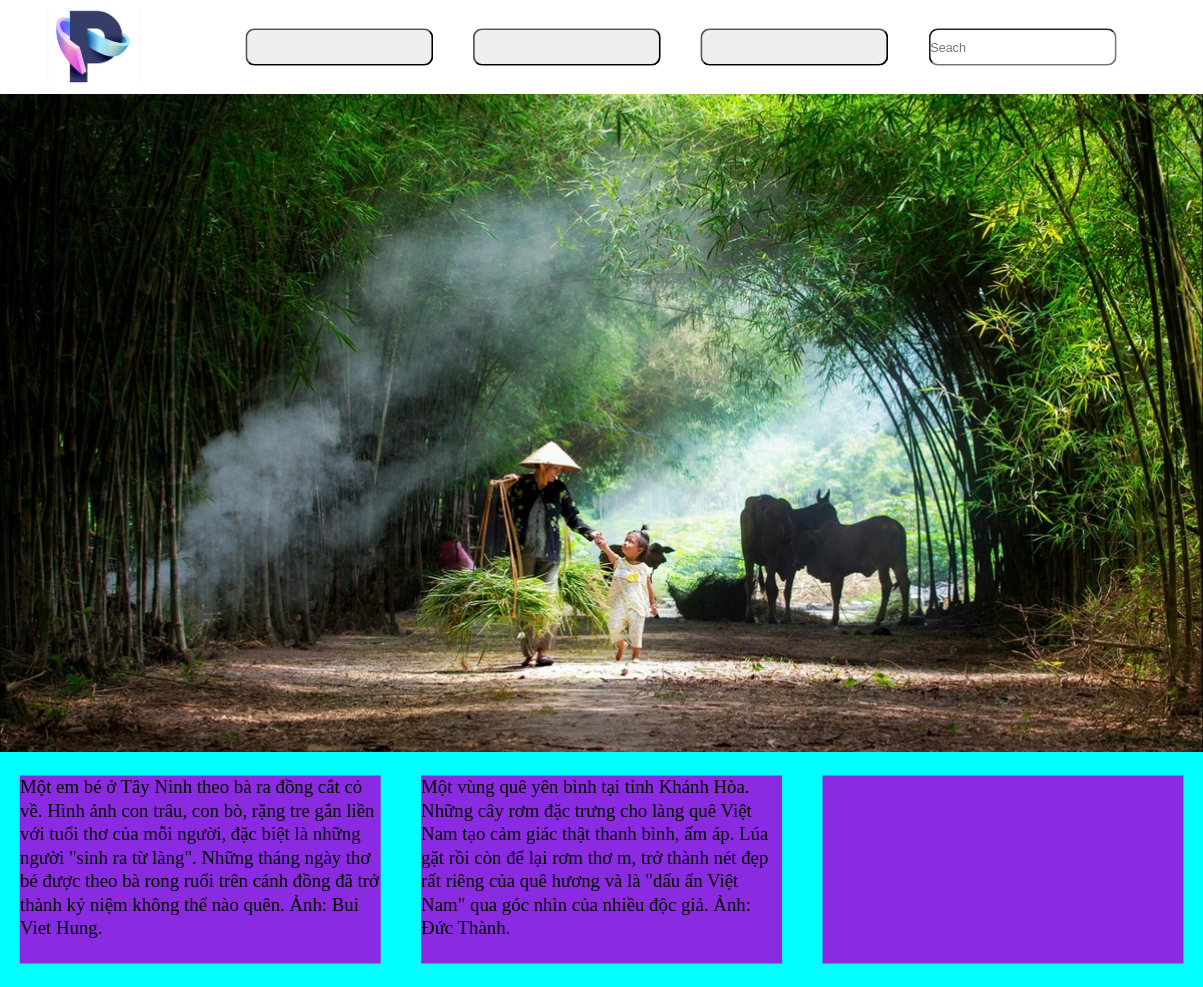
Repository: thinh909thinh/Thi
Page: index.html
An editor plug-in stored every save of this project. The page is shown before and after the next save, followed by the edit.
The browser window is 1280 px wide. The pictures show the whole page, at 94% of full size.

Above is the page before, as saved 2022-05-13 09:04:23.

After the next save:
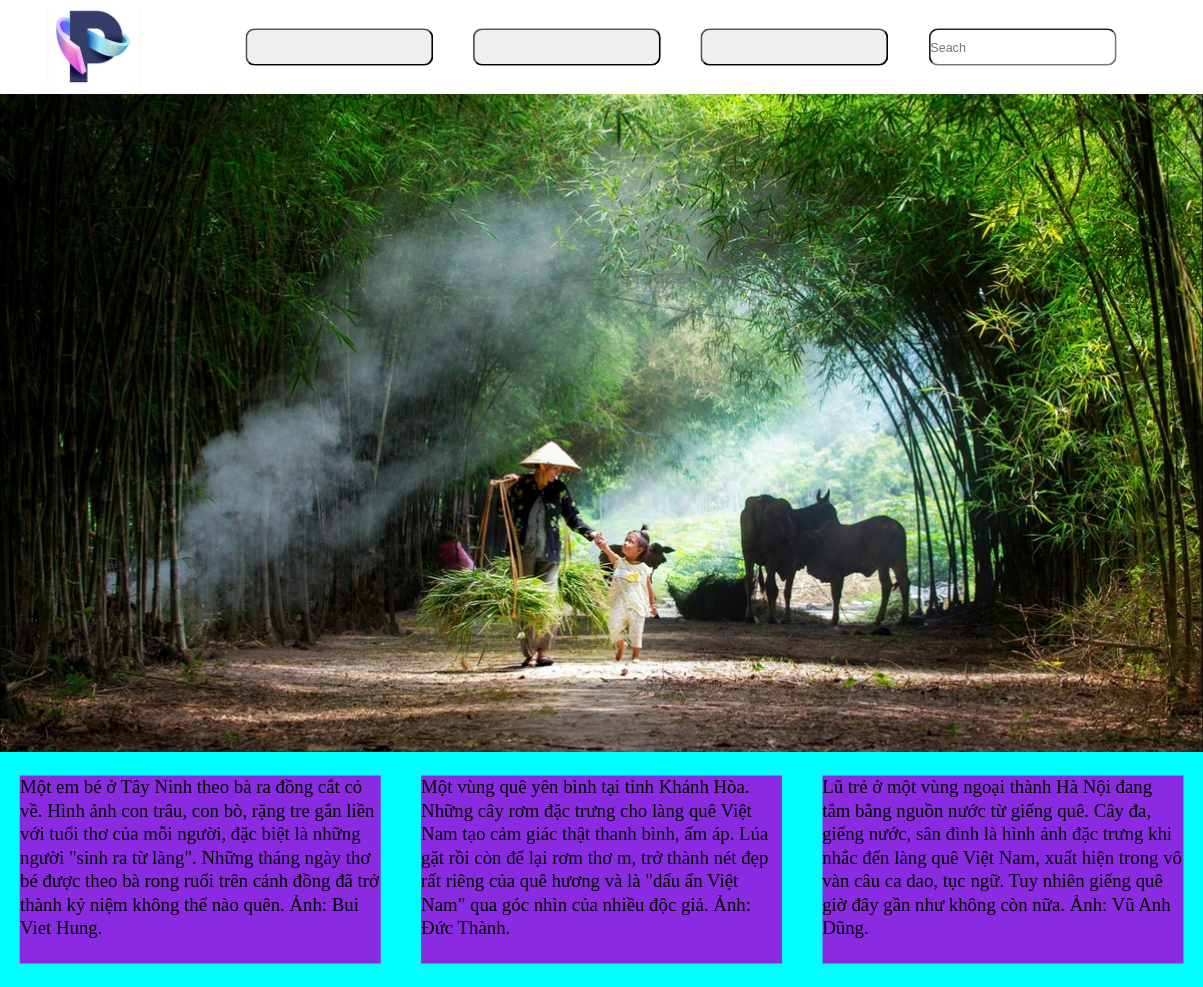
Saved 29 s later.
--- a/index.html
+++ b/index.html
@@ -39,7 +39,13 @@
                     góc nhìn của nhiều độc giả. Ảnh: Đức Thành.
                 </p>
             </div>
-            <div class="text"></div>
+            <div class="text">
+                <p>
+                    Lũ trẻ ở một vùng ngoại thành Hà Nội đang tắm bằng nguồn nước từ giếng quê. Cây đa, giếng nước,
+                     sân đình là hình ảnh đặc trưng khi nhắc đến làng quê Việt Nam,
+                     xuất hiện trong vô vàn câu ca dao, tục ngữ. Tuy nhiên giếng quê giờ đây gần như không còn nữa. Ảnh: Vũ Anh Dũng.
+                </p>
+            </div>
         </div>
     </section>
 </body>
